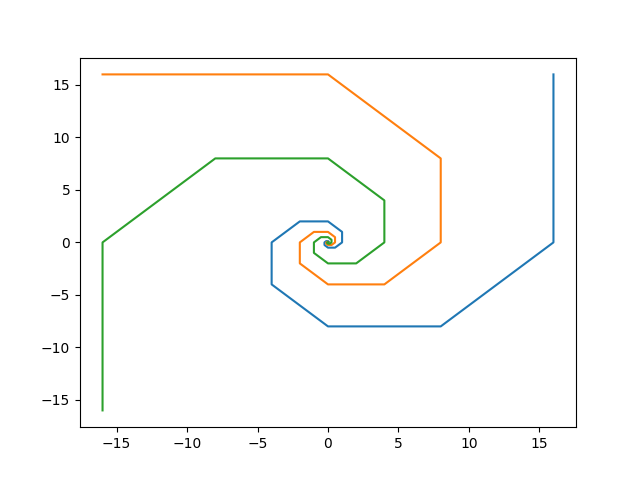
Repository: lbylzkx/Circle-Point-Manuscript
Script's output: python 卍.py
An editor plug-in stored every save of this project. The script's output is shown before and after the next save, followed by the edit.
Random numbers start from a fixed seed.

Above is the script's output before, as saved 2023-09-20 11:13:24.

### 卍.py
import numpy as np
import matplotlib.pyplot as plt


def x_position(n, thelta=0):
    return np.sqrt(2)**n*np.cos(n*np.pi/4+thelta)


def y_position(n, thelta=0):
    return np.sqrt(2)**n*np.sin(n*np.pi/4+thelta)


x1 = [x_position(i, thelta=0) for i in range(-10, 10)]
y1 = [y_position(i, thelta=0) for i in range(-10, 10)]
plt.plot(x1, y1)

x2 = [x_position(i, thelta=np.pi/2) for i in range(-10, 10)]
y2 = [y_position(i, thelta=np.pi/2) for i in range(-10, 10)]
plt.plot(x2, y2)

x3 = [x_position(i, thelta=np.pi) for i in range(-10, 10)]
y3 = [y_position(i, thelta=np.pi) for i in range(-10, 10)]
plt.plot(x3, y3)

x4 = [x_position(i, thelta=3*np.pi/2) for i in range(-10, 10)]
y4 = [y_position(i, thelta=3*np.pi/2) for i in range(-10, 10)]

plt.show()

After the next save:
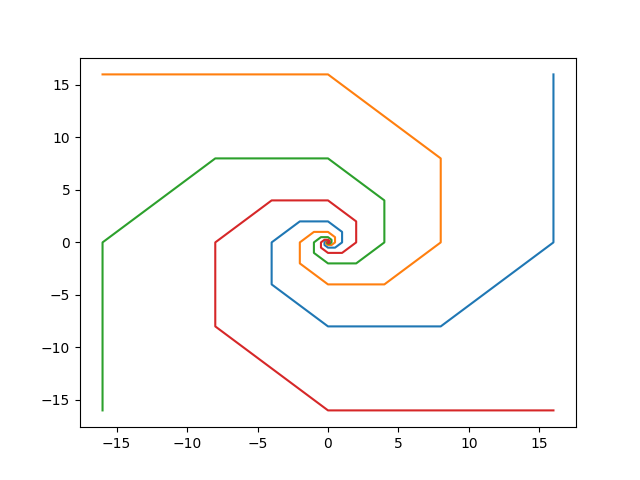
Saved 21 s later.
--- a/卍.py
+++ b/卍.py
@@ -24,5 +24,6 @@ plt.plot(x3, y3)
 
 x4 = [x_position(i, thelta=3*np.pi/2) for i in range(-10, 10)]
 y4 = [y_position(i, thelta=3*np.pi/2) for i in range(-10, 10)]
+plt.plot(x4, y4)
 
 plt.show()
